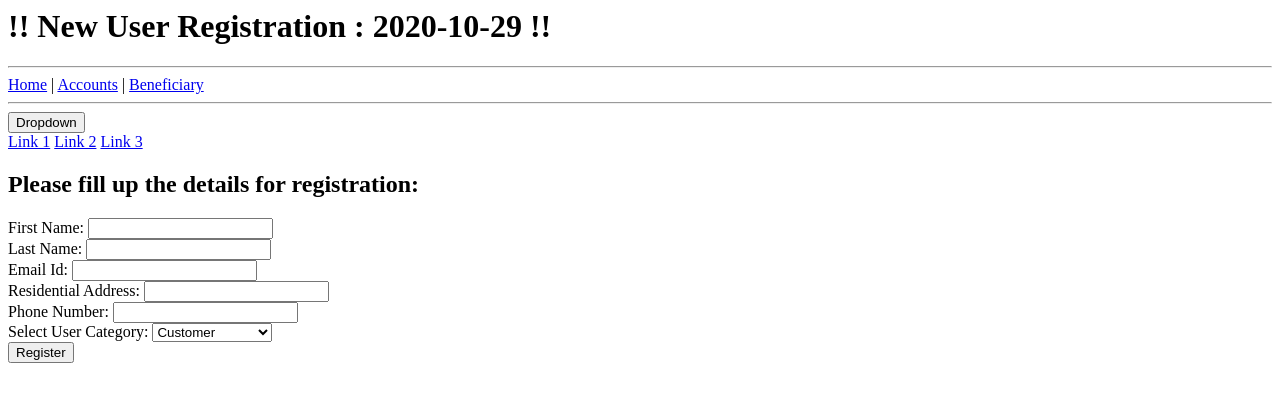
Repository: anik84/ibs
Page: http://localhost/IBS/user_accounts.jsp
The author's editor kept a copy of each file at every save. The page is drawn from the files as they stood at one save, then again after the next save.
The browser window is 1280 px wide. The pictures show the whole page.
The page is served by Tomcat 9. Other server files are loaded and not shown.

Above is the page before, as saved 2020-10-29 07:35:37.

### IBS_JSPs/IBS/WebContent/user_accounts.jsp
<%@page import="java.time.LocalDate"%>
<html>
<head>
<title>new user registration</title>
</head>
<body>
	<h1>
		!! New User Registration :
		<%=LocalDate.now()%>
		!!
	</h1>
	<jsp:include page="user_home_menu.jsp" />

	<div class="dropdown">
		<button class="dropbtn">Dropdown</button>
		<div class="dropdown-content">
			<a href="#">Link 1</a> <a href="#">Link 2</a> <a href="#">Link 3</a>
		</div>
	</div>

	<h2>Please fill up the details for registration:</h2>
	<form action="newuser" method="POST">
		<div>
			<label>First Name: </label> <input type="text" name="firstName"
				required />
		</div>
		<div>
			<label>Last Name: </label> <input type="text" name="lastName"
				required />
		</div>
		<div>
			<label>Email Id: </label> <input type="text" name="emailId" required />
		</div>
		<div>
			<label>Residential Address: </label> <input type="text"
				name="address" required />
		</div>
		<div>
			<label>Phone Number: </label> <input type="number" name="phoneNo"
				required />
		</div>
		<div>
			Select User Category: <select name="userCategory">
				<option value="category_1">Customer</option>
				<option value="category_2">Service Provider</option>

			</select>
		</div>
		<div>
			<button>Register</button>
		</div>
	</form>
</body>
</html>

### IBS_JSPs/IBS/WebContent/user_home_menu.jsp
<nav>
	<hr />
	 <a href="user_home.jsp">Home</a>
	 <span> | </span>
	 <a href="user_accounts.jsp">Accounts</a>
	 <span> | </span>
	 <a href="user_benificiary.jsp">Beneficiary</a>
	<hr />
</nav>

After the next save:
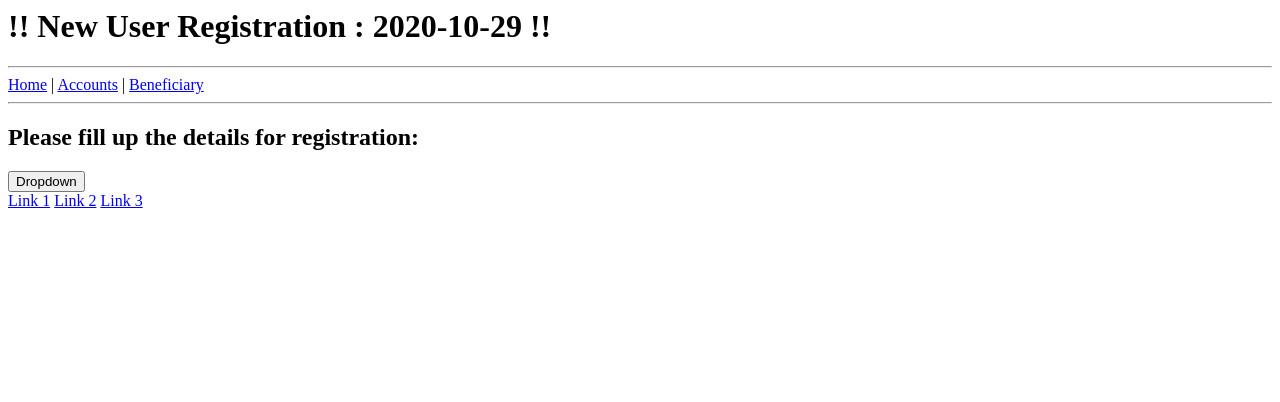
Saved 2 min 48 s later.
--- a/IBS_JSPs/IBS/WebContent/user_accounts.jsp
+++ b/IBS_JSPs/IBS/WebContent/user_accounts.jsp
@@ -11,44 +11,16 @@
 	</h1>
 	<jsp:include page="user_home_menu.jsp" />
 
-	<div class="dropdown">
+
+
+	<h2>Please fill up the details for registration:</h2>
+	<form action="newuser" method="POST">
+		<div class="dropdown">
 		<button class="dropbtn">Dropdown</button>
 		<div class="dropdown-content">
 			<a href="#">Link 1</a> <a href="#">Link 2</a> <a href="#">Link 3</a>
 		</div>
 	</div>
-
-	<h2>Please fill up the details for registration:</h2>
-	<form action="newuser" method="POST">
-		<div>
-			<label>First Name: </label> <input type="text" name="firstName"
-				required />
-		</div>
-		<div>
-			<label>Last Name: </label> <input type="text" name="lastName"
-				required />
-		</div>
-		<div>
-			<label>Email Id: </label> <input type="text" name="emailId" required />
-		</div>
-		<div>
-			<label>Residential Address: </label> <input type="text"
-				name="address" required />
-		</div>
-		<div>
-			<label>Phone Number: </label> <input type="number" name="phoneNo"
-				required />
-		</div>
-		<div>
-			Select User Category: <select name="userCategory">
-				<option value="category_1">Customer</option>
-				<option value="category_2">Service Provider</option>
-
-			</select>
-		</div>
-		<div>
-			<button>Register</button>
-		</div>
 	</form>
 </body>
 </html>
